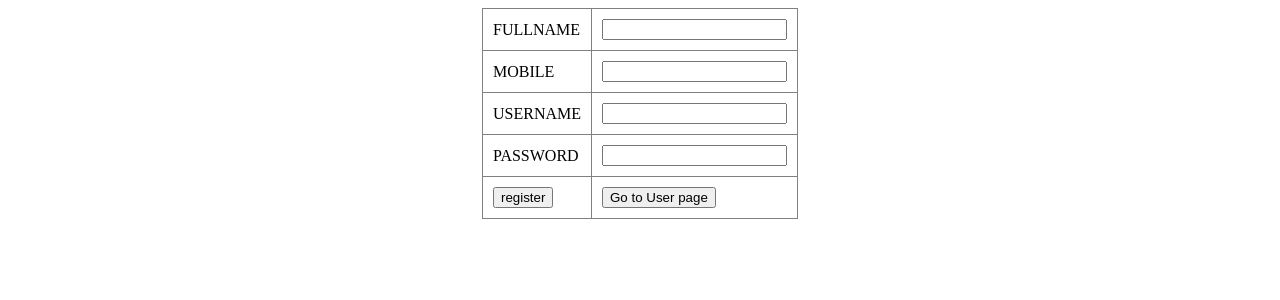
Repository: saik46573/sai
Page: eclipse-workspace/Project/src/main/webapp/Registration.html
These files come from the project's save history. The page is drawn as it stood at one moment and after the next save; the edit follows.
The browser window is 1280 px wide. The pictures show the whole page.

Above is the page before, as saved 2023-08-08 10:39:28.

After the next save:
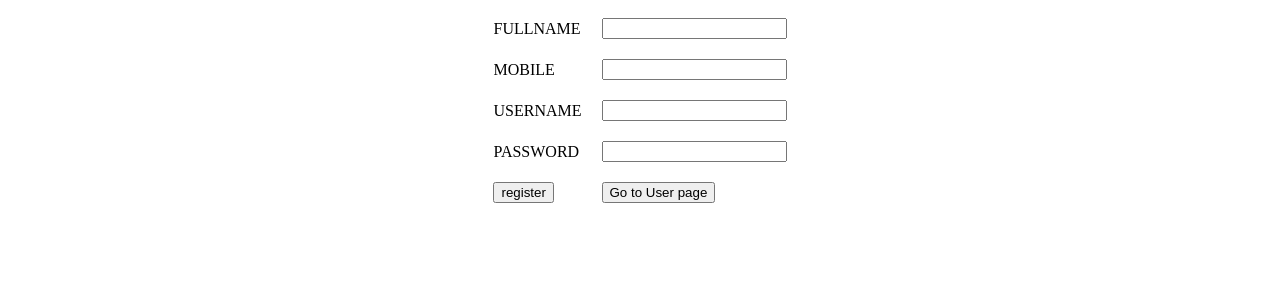
Saved 5 min 35 s later.
--- a/eclipse-workspace/Project/src/main/webapp/Registration.html
+++ b/eclipse-workspace/Project/src/main/webapp/Registration.html
@@ -6,7 +6,7 @@
 </head>
 <body>
 	<form action="app1" method ="post">
-		<table align="center" border="1"  cellpadding="10px" style=" border-collapse:collapse">
+		<table align="center" cellpadding="10px" style=" border-collapse:collapse">
 			<tr>
 				<td>FULLNAME</td>
 				<td><input type ="text" name="fullname"></td>
